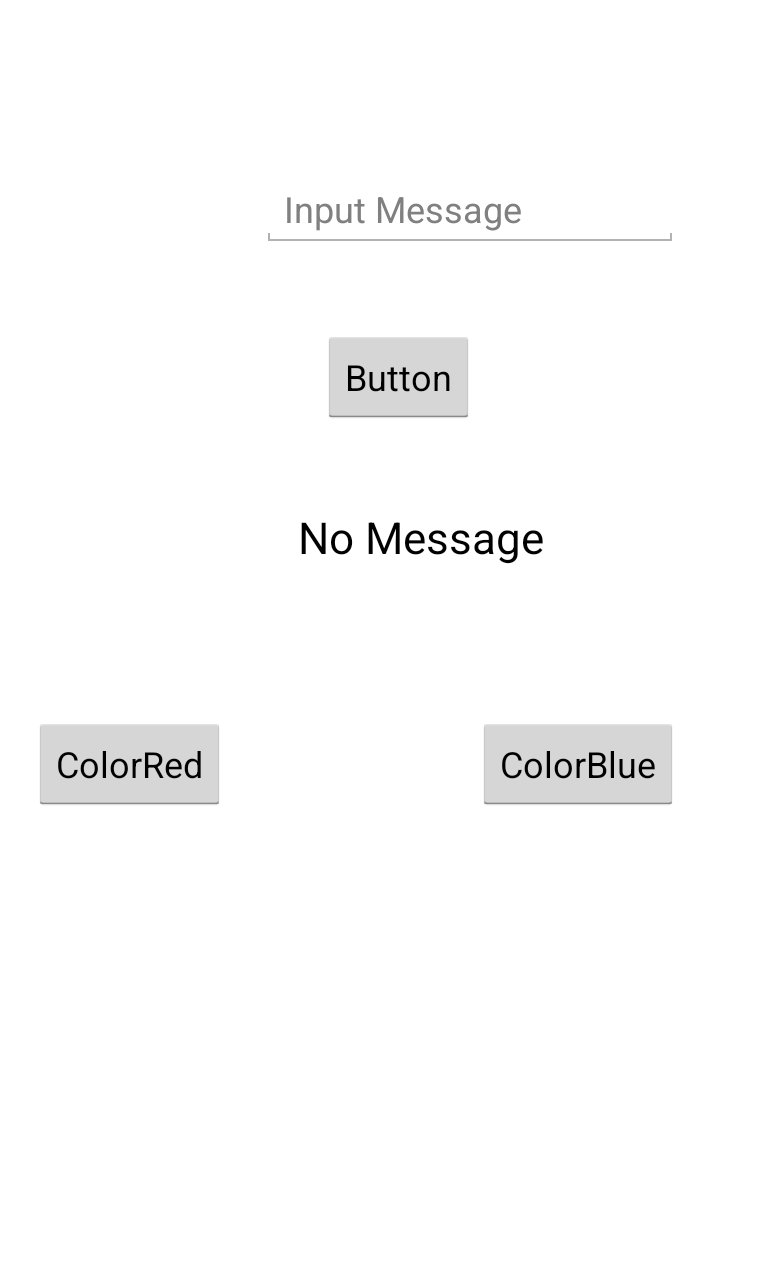
Repository: Mayappa/ANDROID-PROJ
Layout: ButtonView/res/layout/activity_main.xml
These files come from the project's save history. The layout is drawn as it stood at one moment and after the next save; the edit follows.
It is drawn on a 768 x 1280 px phone screen (xhdpi) without system bars, with theme AppTheme; the app's code is not run.

Above is the layout before, as saved 2015-11-09 05:01:03.

After the next save:
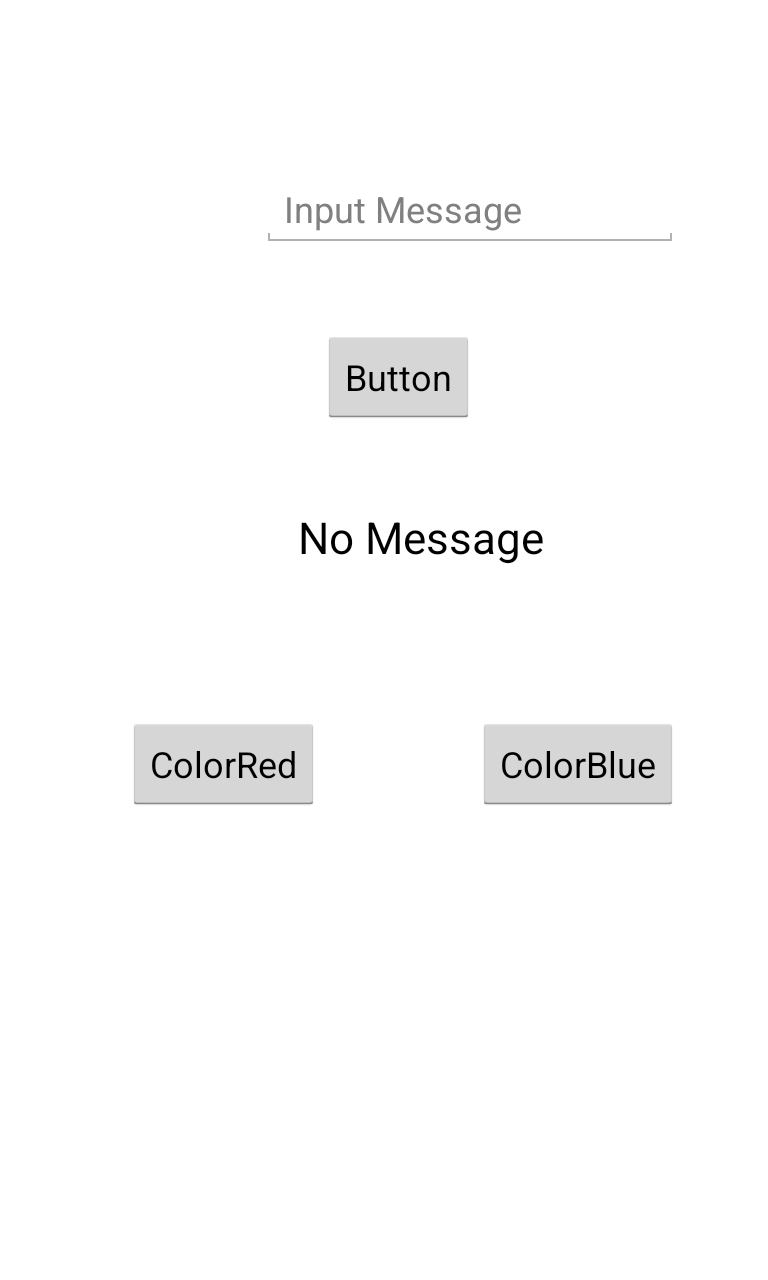
Saved 15 min 46 s later.
--- a/ButtonView/res/layout/activity_main.xml
+++ b/ButtonView/res/layout/activity_main.xml
@@ -25,6 +25,7 @@
         android:layout_height="wrap_content"
         android:layout_below="@+id/textViewoutput"
         android:layout_marginTop="75dp"
+        android:layout_toLeftOf="@+id/buttondisplay"
         android:text="ColorRed" />
 
     <Button

After the save that followed:
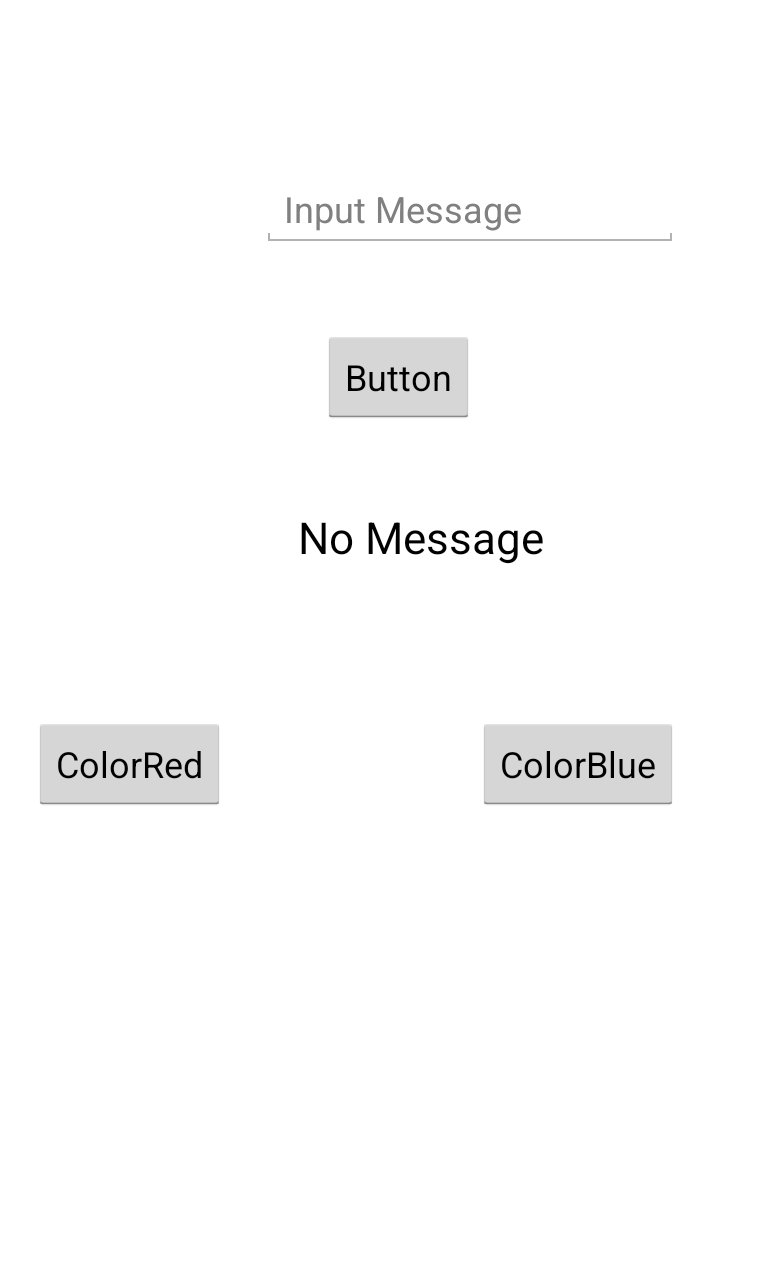
Saved 2 min 31 s later.
--- a/ButtonView/res/layout/activity_main.xml
+++ b/ButtonView/res/layout/activity_main.xml
@@ -25,7 +25,6 @@
         android:layout_height="wrap_content"
         android:layout_below="@+id/textViewoutput"
         android:layout_marginTop="75dp"
-        android:layout_toLeftOf="@+id/buttondisplay"
         android:text="ColorRed" />
 
     <Button
